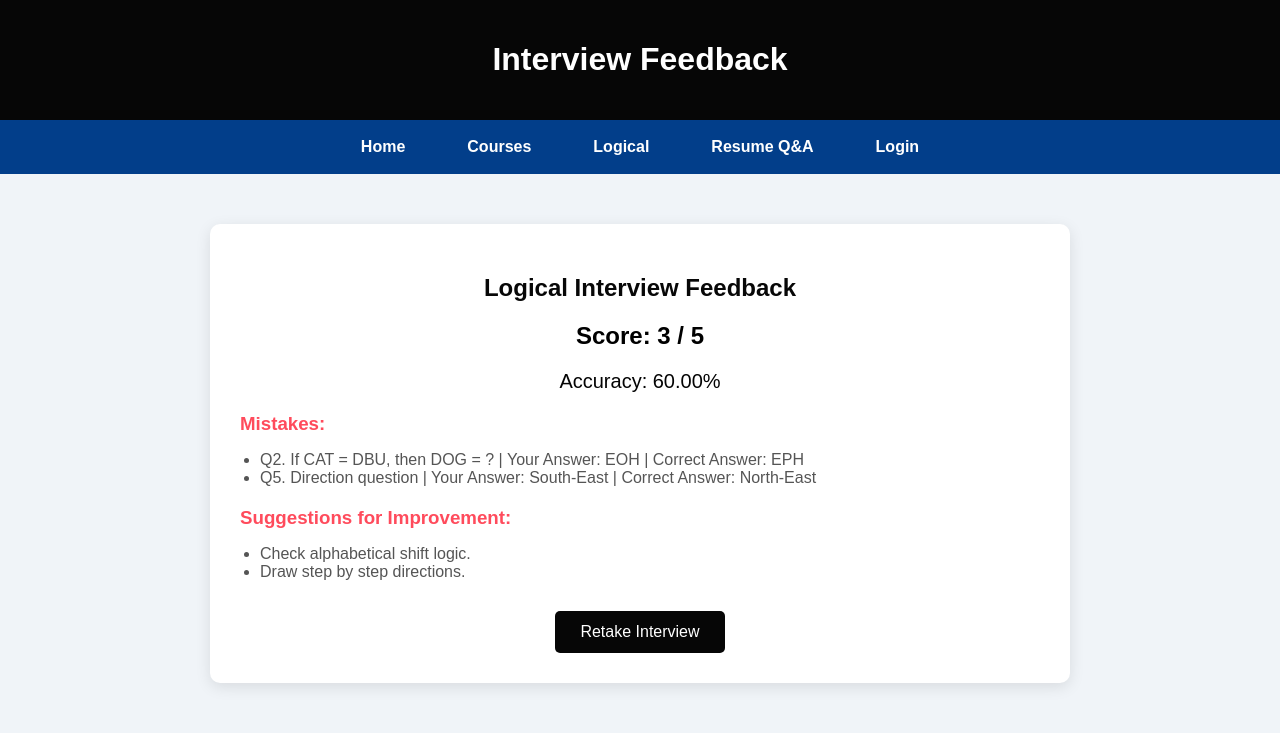
Repository: Mathin04/Online-Interview-Platform-
Page: urls/feedback.html
The author's editor kept a copy of each file at every save. The page is drawn from the files as they stood at one save, then again after the next save.
The browser window is 1280 px wide. The pictures show the whole page.

Above is the page before, as saved 2025-10-08 14:09:37.

After the next save:
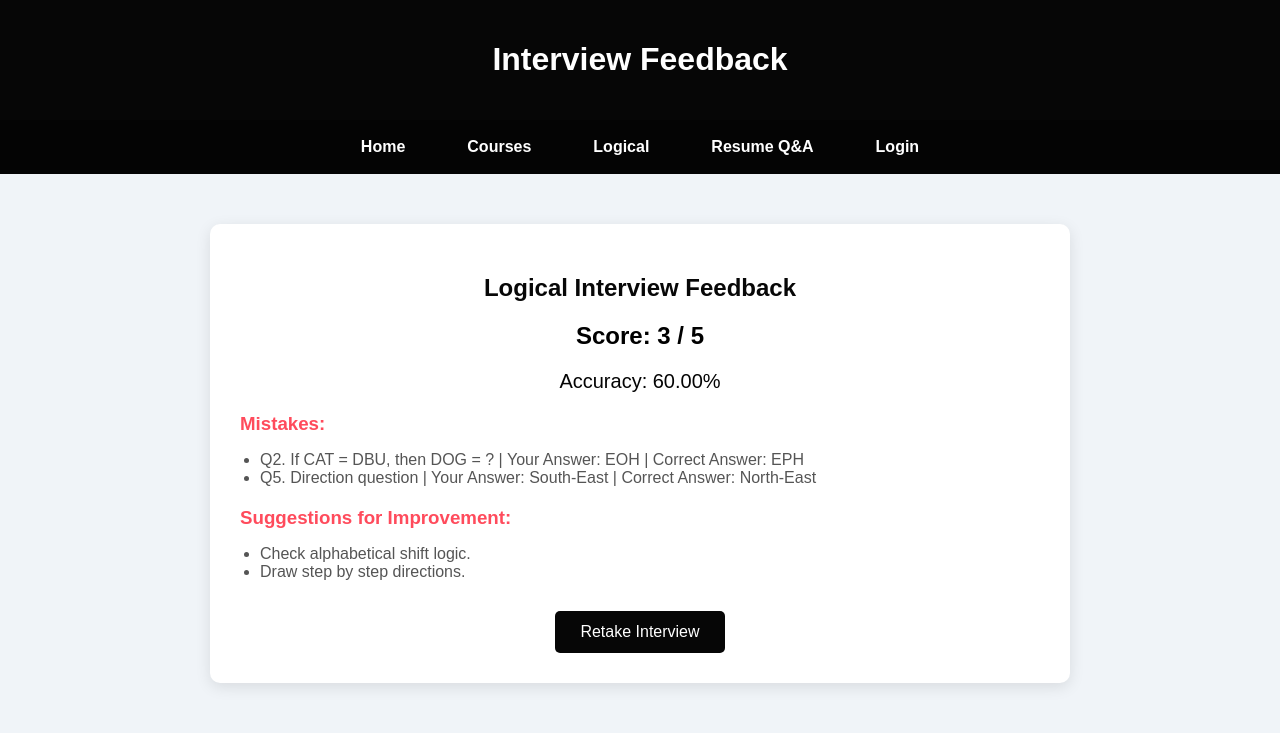
Saved 50 s later.
--- a/urls/feedback.html
+++ b/urls/feedback.html
@@ -21,7 +21,7 @@
     nav {
       display: flex;
       justify-content: center;
-      background: #023e8a;
+      background: #040404;
       padding: 10px 0;
     }
 
